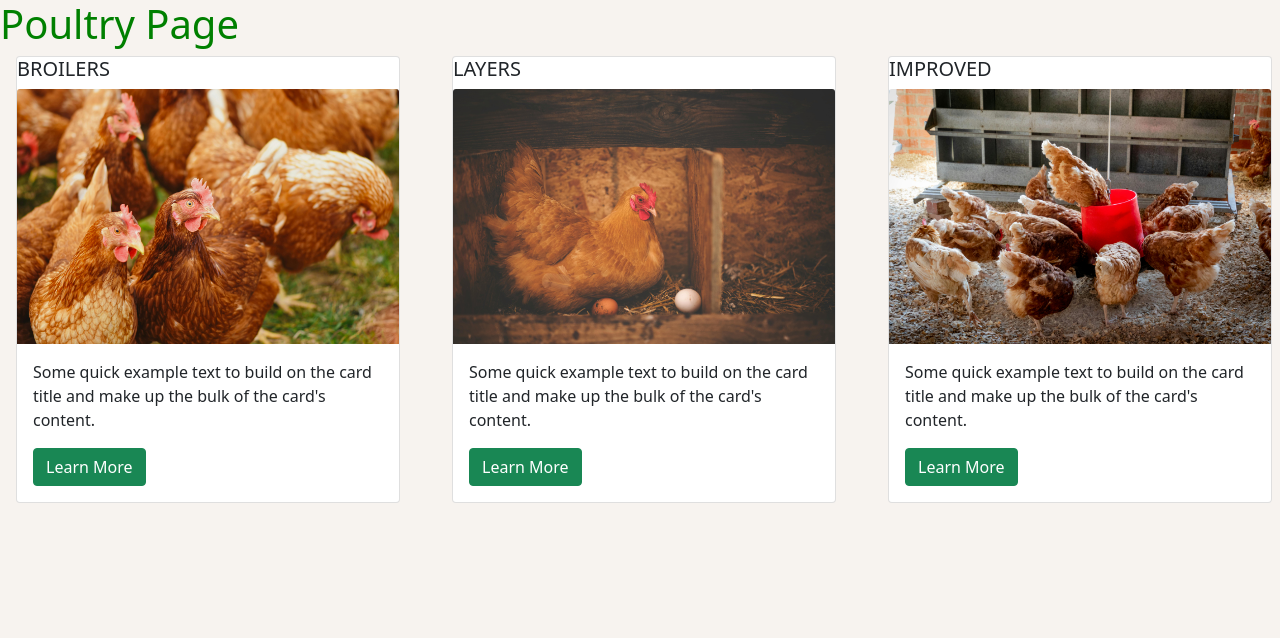
Repository: Allevandrose/Agri-invest
Page: poultry.html
The author's editor kept a copy of each file at every save. The page is drawn from the files as they stood at one save, then again after a run of saves.
The browser window is 1280 px wide. The pictures show the whole page.

Above is the page before, as saved 2024-04-13 15:29:39.

After the next 2 saves:
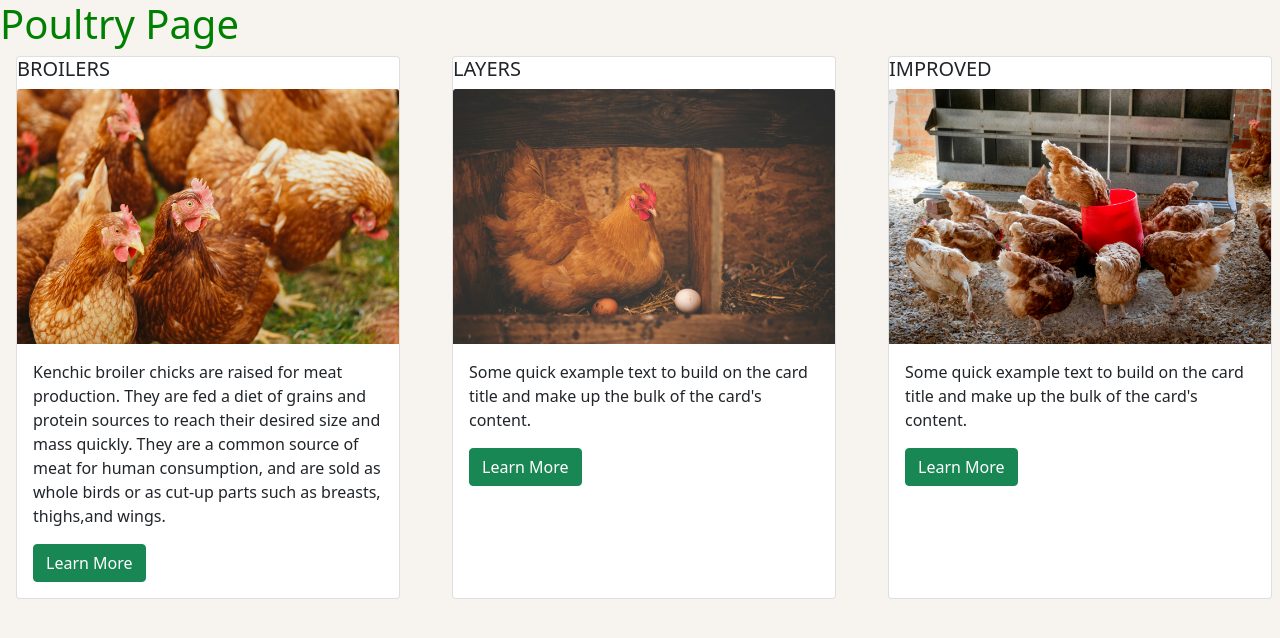
The 2 saves are shown as one change because they came seconds apart.
The last was saved 2 min 16 s later.
--- a/poultry.html
+++ b/poultry.html
@@ -18,7 +18,8 @@
             <img src="poultry images/chick1.jpg" class="card-img-top" alt="...">
             <div class="card-body">
 
-                <p class="card-text">Some quick example text to build on the card title and make up the bulk of the card's content.</p>
+                <p class="card-text">Kenchic broiler chicks are raised for meat production. They are fed a diet of grains and protein sources to reach their desired size and mass quickly. They are a common source of meat for human consumption, and are sold as whole birds
+                    or as cut-up parts such as breasts, thighs,and wings.</p>
                 <a href="#" class="btn btn-success">Learn More</a>
             </div>
         </div>
